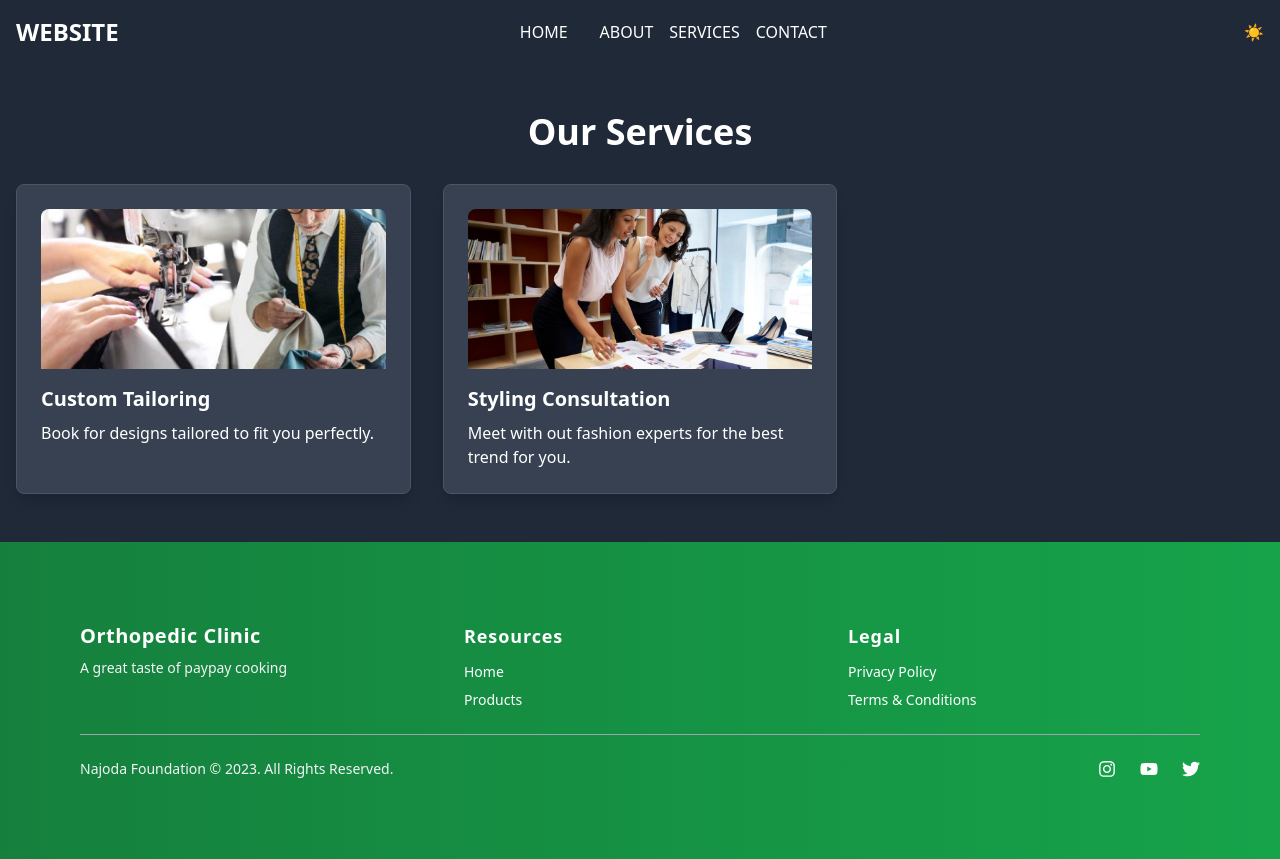
Repository: countaustin1990/file-C-Users-user-Documents-Final-20Cart
Page: /services (app in Documents/BXXXN/my-app/)
The author's editor kept a copy of each file at every save. The page is drawn from the files as they stood at one save, then again after the next save.
The browser window is 1280 px wide. The pictures show the whole page.
The project was rebuilt for these pictures with package versions that can differ from the ones it lists, and the page was loaded fresh each time. Also part of the build but not shown: Documents/BXXXN/my-app/vite.config.js, Documents/BXXXN/my-app/src/components/folder/HeroSection.test.jsx, Documents/BXXXN/my-app/src/components/horizontalscroll/style.css, Documents/BXXXN/my-app/src/components/horizontalscroll/HorizontalScroll.jsx, Documents/BXXXN/my-app/src/pages/home/Home.test.jsx, Documents/BXXXN/my-app/src/pages/contact/Contact.jsx, Documents/BXXXN/my-app/src/pages/about/About.jsx.

Above is the page before, as saved 2024-10-31 23:49:42.

### Documents/BXXXN/my-app/src/App.jsx
import { BrowserRouter as Router, Routes, Route } from 'react-router-dom';
import Navbar from './components/navbar/Navbar.pro';
import Home from './pages/home/Home.test';
import Footer from './components/footer/Footer';
import { useEffect, useState } from 'react';
import Contact from './pages/contact/Contact';
import About from './pages/about/About';
import Services from './pages/services/Services.test';

const App = () => {
  const [theme, setTheme] = useState('dark');

  // Toggle theme function
  const toggleTheme = () => {
    const newTheme = theme === 'light' ? 'dark' : 'light';
    setTheme(newTheme);
    localStorage.setItem('theme', newTheme);
  };

  useEffect(() => {
    const savedTheme = localStorage.getItem('theme');
    if (savedTheme) {
      setTheme(savedTheme);
    } else {
      setTheme('dark'); // Default to dark mode
    }
  }, []);

  return (
    <Router>
      <Navbar toggleTheme={toggleTheme} theme={theme} />
      <Routes>
        <Route path="/home" element={<Home theme={theme} />} /> {/* Pass theme prop to Home */}
        {/* Add more routes as needed */}
        <Route path="/about" element={<About theme={theme} />} />
        <Route path="/services" element={<Services theme={theme} />} />
        <Route path="/contact" element={<Contact theme={theme} />} />
      </Routes>
      <Footer />
    </Router>
  );
};

export default App;

### Documents/BXXXN/my-app/src/index.css
@tailwind base;
@tailwind components;
@tailwind utilities;

/* Global Styles */
.app {
  transition: background-color 0.3s ease-in-out;
}

/* Light and Dark Mode Styles */
.light-mode {
  background-color: #f0f0f0;
  color: #000;
}

.dark-mode {
  background-color: #1e1e1e;
  color: #fff;
}

/* Hero Section */
.hero {
  display: flex;
  justify-content: center;
  align-items: center;
  height: 70svh;
  text-align: center;
}

.hero-content h1 {
  font-size: 2.5rem;
  margin-bottom: 1rem;
}

.hero-content p {
  font-size: 1.2rem;
  margin-bottom: 1.5rem;
}

.cta-button {
  padding: 0.75rem 1.5rem;
  font-size: 1rem;
  background-color: rgb(22 163 74);

  color: white;
  border: none;
  cursor: pointer;
  border-radius: 5px;
}

.cta-button:hover {
  background-color: #22923c;
}

/* Toggle Switch Styles */
.switch {
  position: relative;
  display: inline-block;
  width: 60px;
  height: 34px;
  margin-top: 20px;
}

.switch input {
  opacity: 0;
  width: 0;
  height: 0;
}

.slider {
  position: absolute;
  cursor: pointer;
  top: 0;
  left: 0;
  right: 0;
  bottom: 0;
  background-color: #ccc;
  transition: 0.4s;
  border-radius: 34px;
}

.slider:before {
  position: absolute;
  content: "";
  height: 26px;
  width: 26px;
  border-radius: 50%;
  left: 4px;
  bottom: 4px;
  background-color: white;
  transition: 0.4s;
}

input:checked + .slider {
  background-color: #5494de;
}

input:checked + .slider:before {
  transform: translateX(26px);
}

/* Decoration (Additional Styling) */
.decoration {
  position: absolute;
  right: 10px;
  top: 5px;
  width: 8px;
  height: 8px;
  background-color: yellow;
  border-radius: 50%;
  box-shadow: 0 0 5px 2px yellow;
}

### Documents/BXXXN/my-app/src/components/navbar/Navbar.pro.jsx
import PropTypes from 'prop-types';
import { useState } from 'react';
import { Link } from 'react-router-dom';

const Navbar = ({ theme, toggleTheme }) => {
  const [isMenuOpen, setIsMenuOpen] = useState(false);

  const handleMenuToggle = () => {
    setIsMenuOpen(!isMenuOpen);
  };

  return (
    <nav className={`navbar ${theme === 'light' ? 'bg-white text-black' : 'bg-gray-800 text-white'} transition-colors duration-300`}>
      <div className="container mx-auto flex justify-between items-center p-4">
        {/* Website Name */}
        <h1 className="text-2xl font-bold uppercase">Website</h1>

        {/* Links for Desktop */}
        <ul className="hidden md:flex space-x-4 uppercase">
          <li><Link to="home" className="hover:underline">Home</Link></li>
          <li><Link to="about" className="hover:underline">About</Link></li>
          <li><Link to="services" className="hover:underline">Services</Link></li>
          <li><Link to="contact" className="hover:underline">Contact</Link></li>
        </ul>

        {/* Theme Toggle Button */}
        <button onClick={toggleTheme} className="ml-4 toggle-theme" aria-label={`Switch to ${theme === 'light' ? 'dark' : 'light'} mode`}>
          {theme === 'light' ? '🌙' : '☀️'}
        </button>

        {/* Mobile Menu Button */}
        <button
          onClick={handleMenuToggle}
          className="block md:hidden focus:outline-none ml-4"
          aria-label="Toggle menu"
        >
          {isMenuOpen ? '✖' : '☰'} {/* Menu icon changes when clicked */}
        </button>
      </div>

      {/* Links for Mobile */}
      {isMenuOpen && (
        <ul className={`md:hidden p-4 space-y-2 ${theme === 'light' ? 'bg-white text-black' : 'bg-gray-800 text-white'}`}>
          <li><Link to="home" className="block">Home</Link></li>
          <li><Link to="about" className="block">About</Link></li>
          <li><Link to="services" className="block">Services</Link></li>
          <li><Link to="contact" className="block">Contact</Link></li>
        </ul>
      )}
    </nav>
  );
};

Navbar.propTypes = {
  theme: PropTypes.string.isRequired,
  toggleTheme: PropTypes.func.isRequired,
};

export default Navbar;

### Documents/BXXXN/my-app/src/components/footer/Footer.jsx
import { Link } from "react-router-dom";
import { FaYoutube, FaTwitter, FaInstagram } from "react-icons/fa";



const Footer = () => {
  const scrollToTop = () => {
    window.scrollTo({
      top: 0,
      behavior: 'smooth', // Smooth scroll
    });
  };
  return (
    <footer className="bg-gradient-to-r from-green-700 to-green-600 text-white p-16">
      <div className="w-full max-w-full p-4">
        <div className="grid grid-cols-1 md:grid-cols-3 gap-8">
          <div>
            <Link to="/" className="flex items-center space-x-5"  onClick={scrollToTop}>
              {/* Add Logo if necessary */}
              <span className="text-xl font-bold capitalize tracking-wide">
                Orthopedic Clinic
              </span>
            </Link>
            <p className="mt-2 text-sm text-gray-100">
              A great taste of paypay cooking
            </p>
          </div>

          <div>
            <h2 className="mb-3 text-lg font-semibold tracking-wider">
              Resources
            </h2>
            <ul className="space-y-2 text-sm">
              <li>
                <Link to="/" className="hover:text-gray-100 transition duration-300"  onClick={scrollToTop}>Home</Link>
              </li>
              <li>
                <Link to="/products" className="hover:text-gray-100 transition duration-300"  onClick={scrollToTop}>Products</Link>
              </li>
              {/*<li>
                <Link to="/services" className="hover:text-gray-100 transition duration-300">Services</Link>
              </li>
              <li>
                <Link to="/contact" className="hover:text-gray-100 transition duration-300">Contact</Link>
              </li>
              <li>
                <Link to="/blog" className="hover:text-gray-100 transition duration-300">Blog</Link>
              </li>*/}
            </ul>
          </div>

          <div>
            <h2 className="mb-3 text-lg font-semibold tracking-wider">
              Legal
            </h2>
            <ul className="space-y-2 text-sm">
              <li>
                <Link to="/privacy-policy" className="hover:text-gray-100 transition duration-300">Privacy Policy</Link>
              </li>
              <li>
                <Link to="/terms-conditions" className="hover:text-gray-100 transition duration-300">Terms & Conditions</Link>
              </li>
            </ul>
          </div>
        </div>

        <hr className="my-6 border-gray-400" />

        <div className="flex justify-between items-center">
          <span className="text-sm text-gray-100">
            Najoda Foundation © 2023. All Rights Reserved.
          </span>
          <div className="flex space-x-6">
            <a
              href="https://instagram.com"
              className="hover:text-white transition duration-300"
              target="_blank"
              rel="noopener noreferrer"
            >
              <FaInstagram size={18} />
              <span className="sr-only">Instagram</span>
            </a>
            <a
              href="https://youtube.com"
              className="hover:text-white transition duration-300"
              target="_blank"
              rel="noopener noreferrer"
            >
              <FaYoutube size={18} />
              <span className="sr-only">YouTube</span>
            </a>
            <a
              href="https://twitter.com"
              className="hover:text-white transition duration-300"
              target="_blank"
              rel="noopener noreferrer"
            >
              <FaTwitter size={18} />
              <span className="sr-only">Twitter</span>
            </a>
          </div>
        </div>
      </div>
    </footer>
  );
};

export default Footer;

### Documents/BXXXN/my-app/src/pages/services/Services.test.jsx
import PropTypes from 'prop-types';
import Tailor from '../../assets/Tailor.jpg'; // Adjust the path based on your project structure
import stylingConsultation from '../../assets/stylingconsultation.jpg';
//import seasonalCollectionsImage from './assets/images/seasonal-collections.jpg';
//import alterationServicesImage from './assets/images/alteration-services.jpg';
//import personalShoppingImage from './assets/images/personal-shopping.jpg';
//import wardrobeRevampImage from './assets/images/wardrobe-revamp.jpg';

const Services = ({ theme }) => {
  const services = [
    {
      title: "Custom Tailoring",
      description: "Book for designs tailored to fit you perfectly.",
      imageUrl: Tailor// Use the imported image here
    },
    {
      title: "Styling Consultation",
      description: "Meet with out fashion experts for the best trend for you.",
      imageUrl: stylingConsultation// Use the imported image here
    }

  ]


  return (
    <div className={`container-fluid py-12 px-4 ${theme === 'light' ? 'bg-white text-gray-800' : 'bg-gray-800 text-white'}`}>
      <h1 className="text-4xl font-bold text-center mb-8">Our Services</h1>
      <div className="grid grid-cols-1 md:grid-cols-2 lg:grid-cols-3 gap-8">
        {services.map((service, index) => (
          <div
            key={index}
            className={`p-6 shadow-lg rounded-lg transition-transform transform hover:scale-105 ${theme === 'light' ? 'bg-white border border-gray-300' : 'bg-gray-700 border border-gray-600'}`}
          >
            <img
              src={service.imageUrl}
              alt={service.title}
              className="w-full h-40 object-cover rounded-t-lg mb-4"
            />
            <h2 className="text-xl font-semibold mb-2">{service.title}</h2>
            <p className="className={`${theme === 'light' ? 'bg-white' : 'bg-gray-700'}`}">{service.description}</p>
          </div>
        ))}
      </div>
    </div>
  );
};

// PropTypes validation
Services.propTypes = {
  theme: PropTypes.string.isRequired,
};

export default Services;

### Documents/BXXXN/my-app/src/components/folder/style.css
/* style.css */
.app.dark-mode {
  background-color: #1a1a2e;
  color: #fff;
}

.app.light-mode {
  background-color: #f4f4f9;
  color: #333;
}

.hero-content h1 {
  font-size: 3rem;
}

.cta-button {
  padding: 0.5rem 2rem;
  background-color: #15983e;
  color: white;
  border: none;
  border-radius: 0.25rem;
  cursor: pointer;
}

.cta-button:hover {
  background-color: #157b3c;
}

/* Dark/Light Mode Toggle Styles */
.switch {
  position: relative;
  display: inline-block;
  width: 60px;
  height: 34px;
}

.switch input {
  opacity: 0;
  width: 0;
  height: 0;
}

.slider {
  position: absolute;
  top: 0;
  left: 0;
  right: 0;
  bottom: 0;
  background-color: #ccc;
  border-radius: 34px;
}

.slider:before {
  position: absolute;
  content: "";
  height: 26px;
  width: 26px;
  left: 4px;
  bottom: 4px;
  background-color: white;
  border-radius: 50%;
  transition: 0.4s;
}

input:checked + .slider {
  background-color: #2196F3;
}

input:checked + .slider:before {
  transform: translateX(26px);
}

/* Additional Styles */
.flex {
  display: flex;
}

.space-x-4 > *:not(:last-child) {
  margin-right: 1rem;
}

Loaded but not shown: Documents/BXXXN/my-app/index.html (common file); Documents/BXXXN/my-app/src/main.jsx (common file); Documents/BXXXN/my-app/tailwind.config.js (common file)

After the next save:
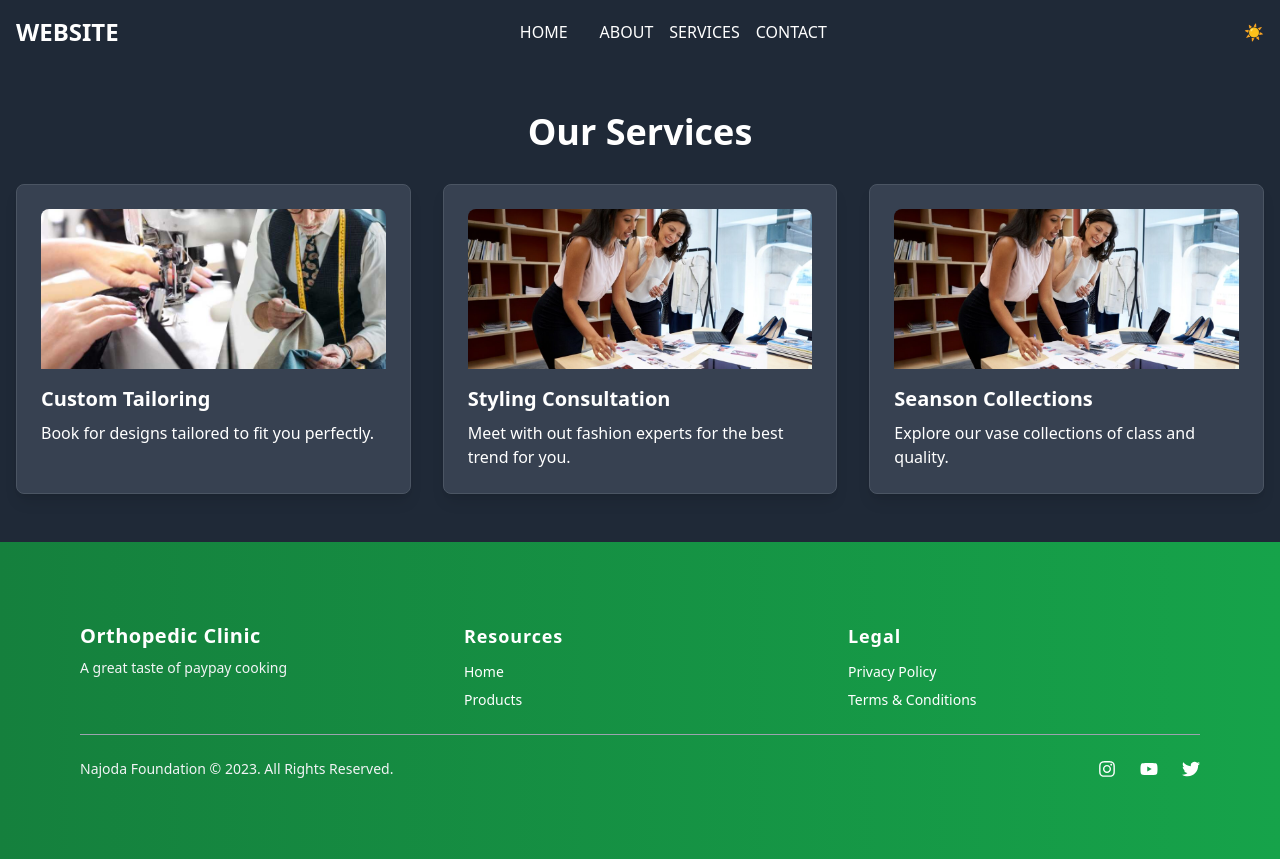
Saved 3 min 44 s later.
--- a/Documents/BXXXN/my-app/src/pages/services/Services.test.jsx
+++ b/Documents/BXXXN/my-app/src/pages/services/Services.test.jsx
@@ -1,7 +1,7 @@
 import PropTypes from 'prop-types';
 import Tailor from '../../assets/Tailor.jpg'; // Adjust the path based on your project structure
 import stylingConsultation from '../../assets/stylingconsultation.jpg';
-//import seasonalCollectionsImage from './assets/images/seasonal-collections.jpg';
+import seasonalCollectionsImage from './assets/images/seasonal-collections.png';
 //import alterationServicesImage from './assets/images/alteration-services.jpg';
 //import personalShoppingImage from './assets/images/personal-shopping.jpg';
 //import wardrobeRevampImage from './assets/images/wardrobe-revamp.jpg';
@@ -16,6 +16,11 @@ const Services = ({ theme }) => {
     {
       title: "Styling Consultation",
       description: "Meet with out fashion experts for the best trend for you.",
+      imageUrl: stylingConsultation// Use the imported image here
+    },
+     {
+      title: "Seanson Collections",
+      description: "Explore our vase collections of class and quality.",
       imageUrl: stylingConsultation// Use the imported image here
     }
 
